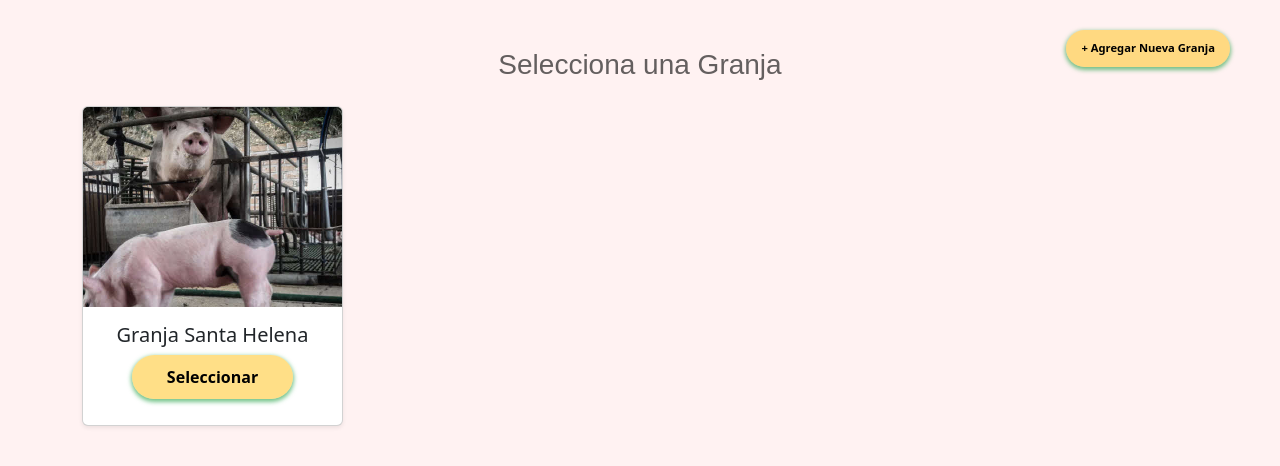
Repository: Mateojimenezz/Granja-Santa-Helena
Page: seleccionarGranja.html
The author's editor kept a copy of each file at every save. The page is drawn from the files as they stood at one save, then again after the next save.
The browser window is 1280 px wide. The pictures show the whole page.
Some web fonts or font styles are not loaded; a fallback is used.

Above is the page before, as saved 2025-05-13 12:53:19.

### seleccionarGranja.html
<!DOCTYPE html>
<html lang="es">
<head>
    <meta charset="UTF-8">
    <meta name="viewport" content="width=device-width, initial-scale=1.0">
    <title>La Granja</title>
    <link href="https://cdn.jsdelivr.net/npm/bootstrap@5.3.3/dist/css/bootstrap.min.css" rel="stylesheet" integrity="sha384-QWTKZyjpPEjISv5WaRU9OFeRpok6YctnYmDr5pNlyT2bRjXh0JMhjY6hW+ALEwIH" crossorigin="anonymous">

    <link rel="stylesheet" href="./assets/css/seleccionarGranja.css">
    <link rel="stylesheet" href="https://cdn.jsdelivr.net/npm/bootstrap-icons@1.11.3/font/bootstrap-icons.min.css">
    <link href="https://fonts.googleapis.com/css2?family=Calistoga&display=swap" rel="stylesheet">

  </head>
<body>
    <div class="container mt-5">
        <h3 class="text-center mb-4">Selecciona una Granja</h3>

        <div class="row g-4" id="granjas-list">
            <!-- Primera granja fija -->
            <div class="col-md-3 " id="granjas-container">
                <div class="card shadow-sm">
                    <img src="./assets/img/granja2.jpg" class="card-img-top" alt="Santa Helena">
                    <div class="card-body text-center">
                        <h5 class="card-title">Granja Santa Helena</h5>
                        <button class="btn btn-form" onclick="seleccionarGranja('Santa Helena')">Seleccionar</button>
                    </div>
                </div>
            </div>

            <!-- Aquí se agregarán las granjas dinámicamente -->
        </div>

        <!-- Botón para ir a la página de agregar nueva granja -->
        <div class="text-center mt-4">
            <a href="agregarGranja.html" id="agregar-granja" class="btn btn-form"> + Agregar Nueva Granja </a>
        </div>
    </div>






  <!-- bootstrap JS -->
  <script src="https://cdn.jsdelivr.net/npm/bootstrap@5.3.3/dist/js/bootstrap.bundle.min.js" integrity="sha384-YvpcrYf0tY3lHB60NNkmXc5s9fDVZLESaAA55NDzOxhy9GkcIdslK1eN7N6jIeHz" crossorigin="anonymous"></script>
  <script src="./assets/js/seleccionarGranja.js"></script>




</body>

</html>

### assets/css/seleccionarGranja.css

@import "./variables.css";
body{
    background-color: var( --color-FondoDiv2);
}
.container h3 {
    text-align: center;
    margin-bottom: 20px;
    color: var(--color-TextoMenuLateral);
    font-family: var(--font-principal);
}
.granja-card {
    width: 150px;
    margin: 10px;
    padding: 10px;
    border: 1px solid #ccc;
    border-radius: 8px;
    text-align: center;
    box-shadow: 2px 2px 10px rgba(0,0,0,0.2);
}



.granja-card button {
    margin-top: 10px;
    background-color: #007bff;
    color: white;
    border: none;
    padding: 5px 10px;
    cursor: pointer;
    border-radius: 5px;
}
.card-img-top {
    width: 100%;
    height: 200px; /* Ajusta según el diseño */
    object-fit: cover; /* Recorta la imagen para que se ajuste sin deformarse */

}
.btn-form{
    background-color: var(  --color-Botones);
    padding: 10px 35px;
    margin-bottom: 10px;
    border: none;
    border-radius: 30px;
    color: black;
    font-weight: bold;
    box-shadow: 0 2px 4px 1px  rgba(25, 157, 60, 0.6) /* Sombra verde */

  }
  .btn-form:hover {
    background-color: #f4cf50; /* Tonalidad más oscura */
    color: black;
  }
  .btn-form:active {
    background-color:var(--color-principal)!important;
    color: white !important;
    box-shadow: none !important;
  }

#granjas-container {
    position: relative; /* Habilita posicionamiento dentro del contenedor */
    display: flex;

}

#agregar-granja {
    position: absolute;
    top: 30px; /* Ajusta la distancia desde arriba */
    right: 50px; /* Ajusta la distancia desde la derecha */
    z-index: 100; /* Asegura que el botón esté por encima de otros elementos */
    padding: 10px 15px;
    font-size: 0.7em;
}
/* 🔥 Ajuste para pantallas pequeñas */
@media (max-width: 768px) {
    #agregar-granja {
        width: 50px; /* Tamaño más compacto */
        height: 50px;
        font-size: 20px;
        position: fixed; /* Fijarlo para que siempre esté visible */
        bottom: 15px; /* Lo coloca en la parte inferior */
        right: 15px; /* Lo mantiene accesible */
        z-index: 1000; /* Asegura que esté por encima de otros elementos */
    }
}

### assets/js/seleccionarGranja.js
// ✅ Mostrar vista previa de imagen antes de guardarla
document.getElementById("imagen")?.addEventListener("change", function(event) {
    const file = event.target.files[0];
    const reader = new FileReader();

    reader.onload = function() {
        document.getElementById("preview").src = reader.result;
        document.getElementById("preview").style.display = "block";
    };

    if (file) {
        reader.readAsDataURL(file);
    }
});

// ✅ Guardar nueva granja y redirigir a `seleccionarGranja.html`
document.getElementById("form-granja")?.addEventListener("submit", function(event) {
    event.preventDefault();

    const nombreGranja = document.getElementById("nombre").value;
    const urlImagen = document.getElementById("preview").src;

    if (nombreGranja && urlImagen) {
        let granjas = JSON.parse(localStorage.getItem("granjas")) || [];
        granjas.push({ nombre: nombreGranja, imagen: urlImagen });
        localStorage.setItem("granjas", JSON.stringify(granjas));

        alert("Granja agregada correctamente!");

        window.location.href = "seleccionarGranja.html"; // Redirigir
    }
});

// ✅ Cargar las granjas guardadas en `seleccionarGranja.html`
document.addEventListener("DOMContentLoaded", function() {
    const listaGranjas = document.getElementById("granjas-list");
    let granjas = JSON.parse(localStorage.getItem("granjas")) || [];

    if (granjas.length === 0) {
        console.warn("No hay granjas en el localStorage.");
    }

    granjas.forEach(granja => {
        const nuevaGranja = document.createElement("div");
        nuevaGranja.classList.add("col-md-3");

        nuevaGranja.innerHTML = `
            <div class="card shadow-sm">
                <img src="${granja.imagen}" class="card-img-top" alt="Imagen de ${granja.nombre}">
                <div class="card-body text-center">
                    <h5 class="card-title">${granja.nombre}</h5>
                    <button class="btn btn-form" onclick="seleccionarGranja('${granja.nombre}')">Seleccionar</button>
                </div>
            </div>
        `;

        listaGranjas.appendChild(nuevaGranja);
    });
});

function seleccionarGranja(nombre) {
    alert(`Has seleccionado la granja: ${nombre}`);
    localStorage.setItem("granjaSeleccionada", nombre);
    window.location.href = "dashboard.html"; // Redirigir a la vista de la granja
}

// ✅ Guardar la granja seleccionada y redirigir a `inicio.html`
function seleccionarGranja(nombre) {
    localStorage.setItem("granjaSeleccionada", nombre);
    window.location.href = "paginaDeInicio.html"; // Redirigir a la página principal
}

### assets/css/variables.css
/* variables.css */
:root {
    --color-principal: #1CAD48 ;
    --color-Botones: rgba(255, 187, 0, 0.47);
    --color-texto: white;
    --color-fondo: #f5f5f5;
    --font-principal: 'calistoga','arial';
    --color-fondoDiv: #F8E91C;
    --color-FondoDiv2:#FFF2F2;
    --color-Footter: #D9D9D9;
    --letra-gris: #B0B0B7;
    --color-menu-lateral:#BDEAAD;
    --color-TextoMenuLateral:#645f5f; /* Color de texto del menú lateral */
    --fondo-formularios:#FFFFFF; /* Color de fondo de los formularios */
  }

After the next save:
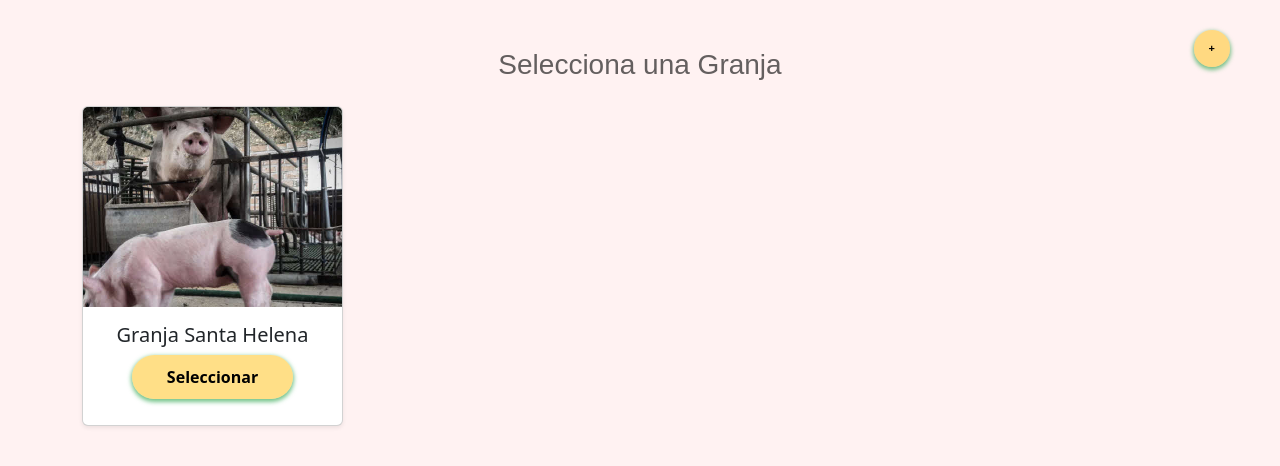
Saved 17 s later.
--- a/seleccionarGranja.html
+++ b/seleccionarGranja.html
@@ -32,7 +32,7 @@
 
         <!-- Botón para ir a la página de agregar nueva granja -->
         <div class="text-center mt-4">
-            <a href="agregarGranja.html" id="agregar-granja" class="btn btn-form"> + Agregar Nueva Granja </a>
+            <a href="agregarGranja.html" id="agregar-granja" class="btn btn-form"> +  </a>
         </div>
     </div>
 
